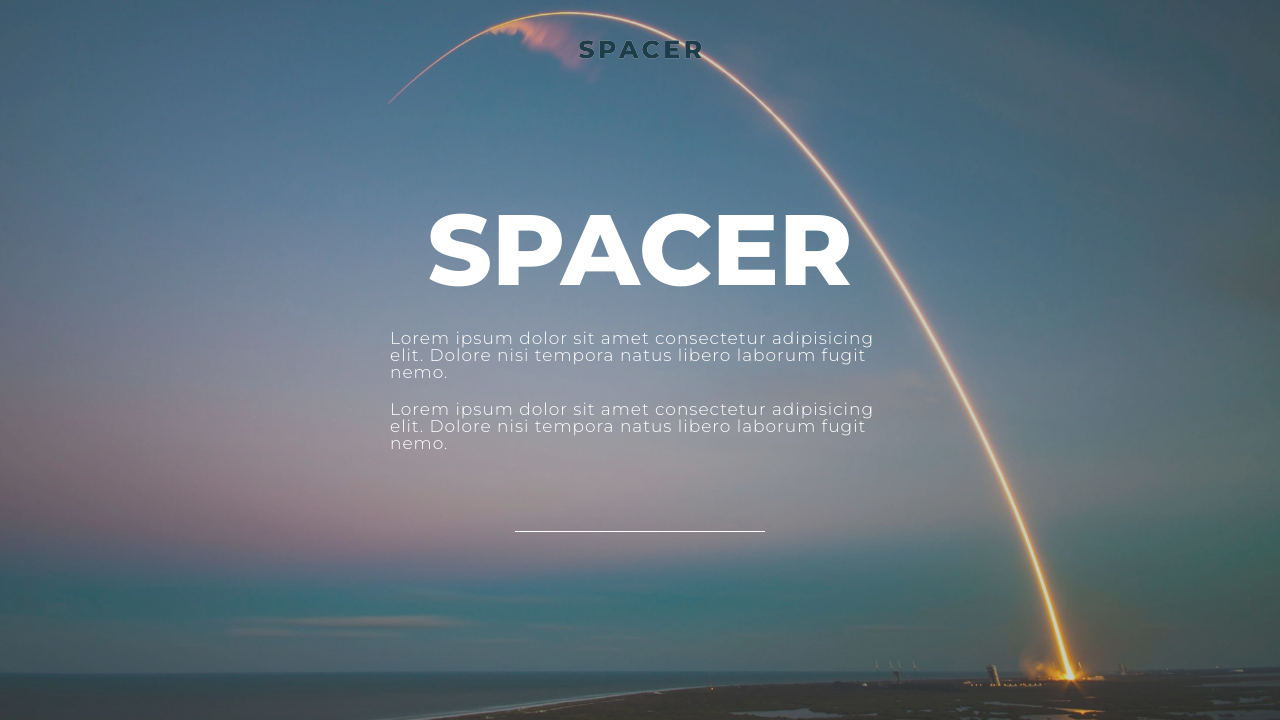
Repository: Trelefele/spacer-roman
Page: /
These files come from the project's save history. The page is drawn as it stood at one moment and after the next save; the edit follows.
The browser window is 1280 px wide. The pictures show the whole page.
The project was rebuilt for these pictures with package versions that can differ from the ones it lists, and the page was loaded fresh each time.

Above is the page before, as saved 2019-02-05 23:01:10.

### public/index.html
<!DOCTYPE html>
<html lang="en">
  <head>
    <meta charset="utf-8">
    <meta http-equiv="X-UA-Compatible" content="IE=edge">
    <meta name="viewport" content="width=device-width,initial-scale=1.0">
    <link rel="icon" href="<%= BASE_URL %>favicon.ico">
    <!-- <script src="https://unpkg.com/axios/dist/axios.min.js"></script> -->
    <title>spacer-roman</title>
  </head>
  <body>
    <noscript>
      <strong>We're sorry but spacer-roman doesn't work properly without JavaScript enabled. Please enable it to continue.</strong>
    </noscript>
    <div id="app"></div>
    <!-- built files will be auto injected -->
  </body>
</html>

### src/main.js
import Vue from 'vue';
import App from './App.vue';

Vue.config.productionTip = false;

new Vue({
  render(h) { return h(App); },
}).$mount('#app');

### src/App.vue
<template>
  <div class="app">
    <div :class="[{flexStart:step === 1 }, 'wrapper']">
    <transition name="slide">
      <img src="./assets/logo.svg" alt="Its site's logo" class="logo">
    </transition>
    <transition name="fade">
      <HeroImage v-if="step === 0"/>
    </transition>
    <Claim v-if="step === 0"/>
    <SearchInput v-model="searchValue" @input="handleInput" :dark="step === 1"/>
  </div>
  </div>
</template>

<script>
import axios from 'axios';
import debounce from 'lodash.debounce';
import Claim from '@/components/Claim.vue';
import HeroImage from '@/components/HeroImage.vue';
import SearchInput from '@/components/SearchInput.vue';

const API = 'https://images-api.nasa.gov/search';

export default {
  name: 'App',
  components: {
    Claim,
    SearchInput,
    HeroImage
  },
  data() {
    return {
      loading: false,
      step: 0,
      searchValue: '',
      results: [],
    };
  },
  methods: {
    // eslint-disable-next-line
    handleInput: debounce(function(){
      this.loading = true;
      console.log(this.searchValue);
      axios.get(`${API}?q=${this.searchValue}&media_type=image`)
        .then((response) => {
          // this.results = response.data.collection.items;
          this.results = response.data.collection.items;
          this.loading = true;
          this.step = 1;
        })
        .catch((error) => {
          console.log(error);
        });
    }, 500),
  },
};
</script>

<style lang="scss" >
@import url('https://fonts.googleapis.com/css?family=Montserrat:300,400,600,800');

* {
  box-sizing: border-box;
  -webkit-font-smoothing: antialiased;
  -moz-asx-font-smoothing: antialiased;
  font-family: 'Montserrat', sans-serif;
  margin: 0;
  padding: 0;
}

.fade-enter-active, .fade-leave-active {
  transition: opacity .3s ease;
}
.fade-enter, .fade-leave-to{
  opacity: 0;
}

.wrapper {
    margin: 0;
    position: relative;
    width: 100%;
    min-height: 100vh;
    padding: 30px;
    display: flex;
    flex-direction: column;
    align-items: center;
    justify-content: center;

    &.flexStart{
      justify-content: flex-start;
    }
}

.logo{
  position: absolute;
  top: 40px;
}
</style>

### src/components/Claim.vue
<template>
  <div class="claimWrapper">
    <h1 class="claim">SPACER</h1>
    <p class="subclaim">
      Lorem ipsum dolor sit amet consectetur adipisicing elit.
      Dolore nisi tempora natus libero laborum fugit nemo.
    </p>
    <p class="subclaim">
      Lorem ipsum dolor sit amet consectetur adipisicing elit.
      Dolore nisi tempora natus libero laborum fugit nemo.
    </p>
  </div>
</template>

<script>
export default {
  name: "Claim"
};
</script>

<style lang="scss" scoped>
.claimWrapper {
  display: flex;
  flex-direction: column;
  justify-content: center;
  align-items: center;
  color: white;
  margin: 0;
}

.claim {
  font-size: 50px;
  margin: 0;

    @media (min-width: 768px) {
        font-size: 80px;
    }
    @media (min-width: 1024px) {
        font-size: 100px;
    }
}

.subclaim {
  margin: 20px 0 0 0;
  font-size: 13px;
  font-weight: 300;

    @media (min-width: 768px) {
        font-size: 17px;
        line-height: 1;
        letter-spacing: 1px;
        width: 500px;
    }
}
</style>

### src/components/HeroImage.vue
<template>
    <div class="heroImage"/>
</template>

<script>
export default {
    name: "HeroImage"
}
</script>

<style lang="scss" scoped>
.heroImage{
    position: fixed;
    top: 0;
    z-index: -1;
    width: 100%;
    height: 100vh;
    background-image: url('../assets/heroimage.jpg');
    background-repeat: no-repeat;
    background-size: cover;
    background-position: 80%, 0%;
}
.heroImage::after {
    content: '';
    background: rgba(0,0,0, .2);
    position: absolute;
    top: 0;
    left: 0;
    z-index: 1;
    width: 100%;
    height: 100vh;
}
</style>

### src/components/SearchInput.vue
<template>
  <input
    id="search"
    name="search"
    :value="value"
    :class="{ dark }"
    @input="handleChange"
  />
</template>
<script>
export default {
  name: 'SearchInput',
  props: {
    value: {
      type: String,
      required: true,
    },
    dark: {
      type: Boolean,
      default: false,
    },
  },
  methods: {
    handleChange(e) {
      this.$emit('input', e.target.value);
    },
  },
};
</script>
<style lang="scss" scoped>
  input {
    margin-top: 50px;
    display: flex;
    width: 250px;
    color: white;
    text-align: center;
    font-size: 18px;
    font-weight: 300;
    height: 30px;
    border: 0;
    background: none;
    border-bottom: 1px solid white;
    transition: box-shadow .3s ease-out;

    @media (min-width: 1024px) {
      font-weight: 400;
    }
  }

  input:focus {
    outline: none;
    box-shadow: 0 10px 20px -8px rgba(255,255,255, .5);
  }

  .dark {
    color: #1e3d4a;
    border-bottom-color: #1e3d4a;
  }

  .dark:focus {
    box-shadow: 0 10px 20px -8px rgba(#1e3d4a, .2);
  }
</style>

After the next save:
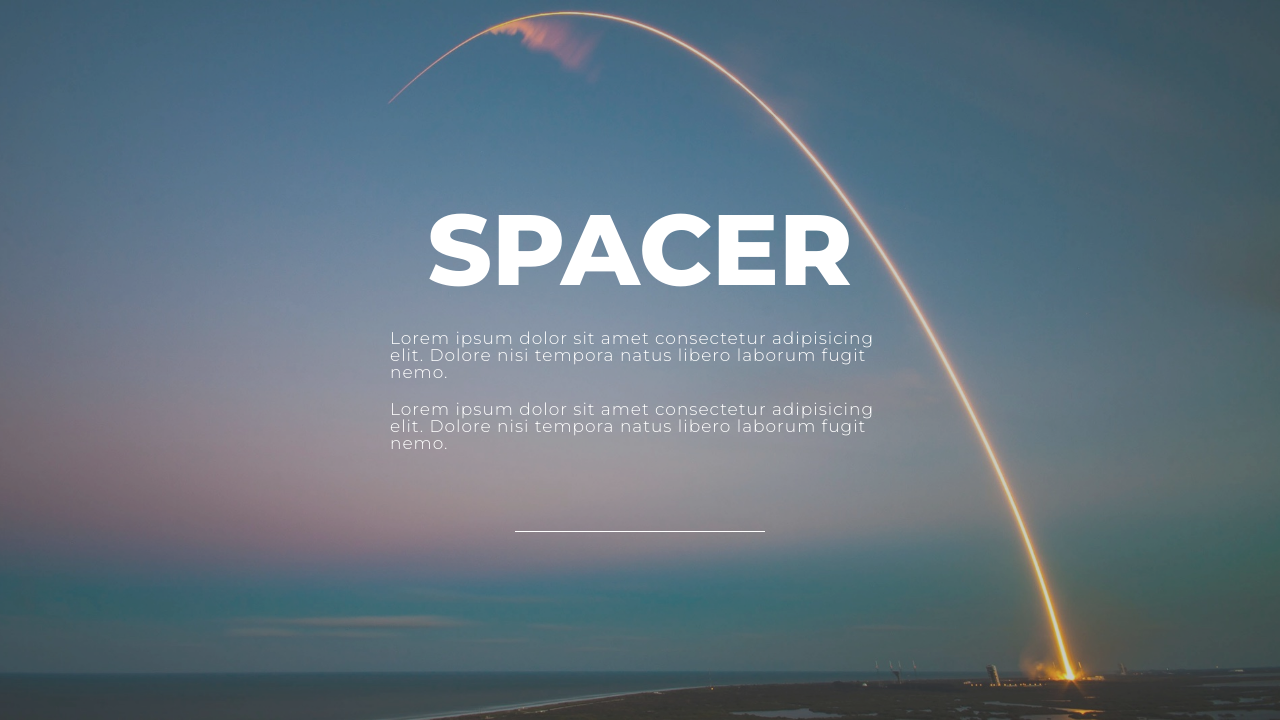
Saved 45 s later.
--- a/src/App.vue
+++ b/src/App.vue
@@ -2,7 +2,7 @@
   <div class="app">
     <div :class="[{flexStart:step === 1 }, 'wrapper']">
     <transition name="slide">
-      <img src="./assets/logo.svg" alt="Its site's logo" class="logo">
+      <img src="./assets/logo.svg" alt="Its site's logo" class="logo" v-if="step === 1">
     </transition>
     <transition name="fade">
       <HeroImage v-if="step === 0"/>
